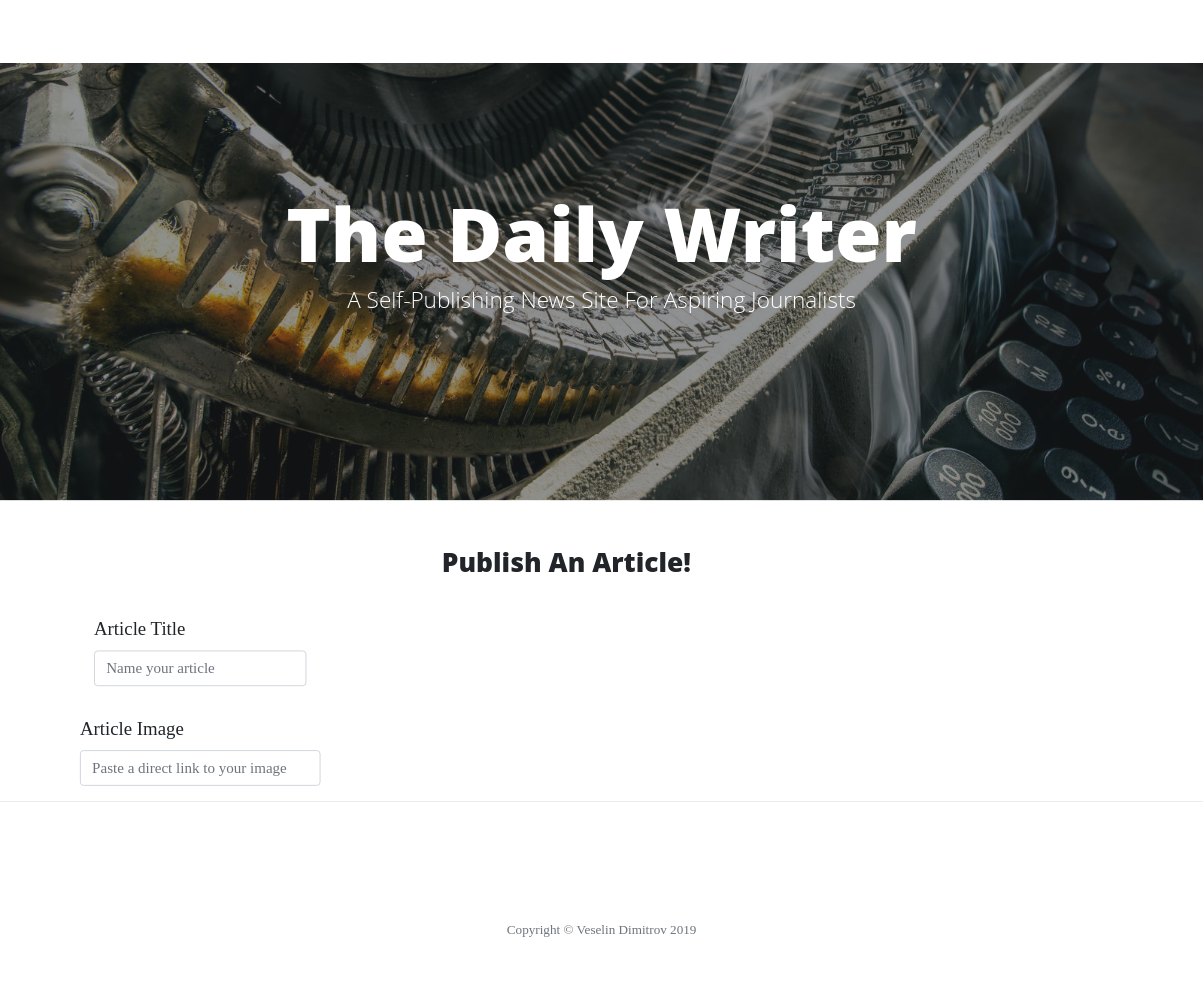
Repository: Vesss/Blog-Project
Page: http://localhost/post
The author's editor kept a record of every edit. The page is drawn from the files as they stood at one moment, then again after the next edit.
The browser window is 1280 px wide. The pictures show the whole page, at 94% of full size.
The page is served by the project's application, run on Flask 3 (app.py). Other server files are loaded and not shown.

Above is the page before.

### templates/post.html
{% extends 'base.html' %} {% block content %}
<div class="container">
    <div class="row justify-content-center">
        <h3 class="col-sm-4">Publish An Article!</h3>
    </div>
</div>

<br />

<div class="container">
    <div class="row">
        <form>
            <div class="col">
                <label for="article">Article Title</label>
                <input type="text" class="form-control" placeholder="Name your article">
            </div>

            <br />

            <div class="col-sm-">
                <label for="image">Article Image</label>
                <input type="text" class="form-control" placeholder="Paste a direct link to your image">
            </div>
        </form>
    </div>
</div>
{% endblock %}

### templates/base.html
<!DOCTYPE html>
<html lang="en">
<head>
    <meta charset="UTF-8">
    <meta name="viewport" content="width=device-width, initial-scale=1.0">
    <meta http-equiv="X-UA-Compatible" content="ie=edge">
    <link rel="stylesheet" href="{{ url_for('static', filename='vendor/bootstrap/css/bootstrap.min.css') }}" type="text/css" />
    <link rel="stylesheet" href="{{ url_for('static', filename='css/clean-blog.min.css') }}" type="text/css" />
    <link rel="stylesheet" href="{{ url_for('static', filename='css/style.css') }}" type="text/css" />
    <title>The Daily Writer</title>
</head>
<body>
    <nav class="navbar navbar-expand-lg navbar-light fixed-top" id="mainNav">
    <div class="container">
      <a class="navbar-brand" href="{{ url_for('index') }}">The Daily Writer</a>
      <button class="navbar-toggler navbar-toggler-right" type="button" data-toggle="collapse" data-target="#navbarResponsive" aria-controls="navbarResponsive" aria-expanded="false" aria-label="Toggle navigation">
        Menu
        <i class="fas fa-bars"></i>
      </button>
      <div class="collapse navbar-collapse" id="navbarResponsive">
        <ul class="navbar-nav ml-auto">
          <li class="nav-item">
            <a class="nav-link" href="{{ url_for('index') }}">Home</a>
          </li>
          <li class="nav-item">
            <a class="nav-link" href="{{ url_for('about') }}">About</a>
          </li>
          <li class="nav-item">
            <a class="nav-link" href="{{ url_for('post') }}">Post</a>
          </li>
          <li class="nav-item">
            <a class="nav-link" href="{{ url_for('contact') }}">Contact Us</a>
          </li>
          <li class="nav-item">
            <a class="nav-link" href="{{ url_for('articles') }}">Articles</a>
          </li>
        </ul>
      </div>
    </div>
  </nav>

  <!-- Page Header -->
  <header class="masthead" style="background-image: url('{{ url_for('static', filename='img/the_engine_of_history.jpg') }}')">
    <div class="overlay"></div>
    <div class="container">
      <div class="row">
        <div class="col-lg-8 col-md-10 mx-auto">
          <div class="site-heading">
            <h1>The Daily Writer</h1>
            <span class="subheading">A Self-Publishing News Site For Aspiring Journalists</span>
          </div>
        </div>
      </div>
    </div>
  </header>

  <!-- Main Content -->
  <div class="container">

    {% block content %}
    {% endblock %}

  </div>

  <hr>

  <!-- Footer -->
  <footer>
    <div class="container">
      <div class="row">
        <div class="col-lg-8 col-md-10 mx-auto">
          <ul class="list-inline text-center">
            <li class="list-inline-item">
              <a href="#">
                <span class="fa-stack fa-lg">
                  <i class="fas fa-circle fa-stack-2x"></i>
                  <i class="fab fa-twitter fa-stack-1x fa-inverse"></i>
                </span>
              </a>
            </li>
            <li class="list-inline-item">
              <a href="#">
                <span class="fa-stack fa-lg">
                  <i class="fas fa-circle fa-stack-2x"></i>
                  <i class="fab fa-facebook-f fa-stack-1x fa-inverse"></i>
                </span>
              </a>
            </li>
            <li class="list-inline-item">
              <a href="#">
                <span class="fa-stack fa-lg">
                  <i class="fas fa-circle fa-stack-2x"></i>
                  <i class="fab fa-github fa-stack-1x fa-inverse"></i>
                </span>
              </a>
            </li>
          </ul>
          <p class="copyright text-muted">Copyright &copy; Veselin Dimitrov 2019</p>
        </div>
      </div>
    </div>
  </footer>

  <!-- Bootstrap core JavaScript -->
  <script src="{{ url_for('static', filename='vendor/jquery/jquery.min.js') }}"></script>
  <script src="{{ url_for('static', filename='vendor/bootstrap/js/bootstrap.bundle.min.js') }}"></script>

  <!-- Custom scripts for this template -->
  <script src="{{ url_for('static', filename='js/clean-blog.min.js') }}"></script>

</body>
</html>

### app.py
import os
from flask import Flask, render_template, redirect, request, url_for
from flask_pymongo import PyMongo
from bson.objectid import ObjectId
from flask_mail import Mail
from flask_mail import Message


app = Flask(__name__)

app.config["MONGO_DBNAME"] = "blog_project"
app.config["MONGO_URI"] = "mongodb+srv://root:maniac93@myfirstcluster-ilypv.mongodb.net/blog_project?retryWrites=true&w=majority"
app.config["DEBUG"] = True
app.config["TESTING"] = False
app.config["MAIL_SERVER"] = "smtp.gmail.com"
app.config["MAIL_PORT"] = 587
app.config["MAIL_USE_TLS"] = True
app.config["MAIL_USE_SSL"] = False
# app.config["MAIL_DEBUG"] = True
app.config["MAIL_USERNAME"] = None
app.config["MAIL_PASSWORD"] = None
app.config["MAIL_DEFAULT_SENDER"] = "blitzermann4@gmail.com"
app.config["MAIL_MAX_EMAILS"] = 5
app.config["MAIL_SUPPRESS_SEND"] = False
app.config["MAIL_ASCII_ATTACHMENTS"] = False

mail = Mail(app)

mongo = PyMongo(app)

@app.route("/")
def index():
    return render_template("index.html")

@app.route("/about")
def about():
    return render_template("about.html", about=mongo.db.about_information.find())

@app.route("/contact")
def contact():
    return render_template("contact.html")

@app.route("/post")
def post():
    return render_template("post.html")

# @app.route("/add_article")
# def add_article():

@app.route("/articles")
def articles():
    return render_template("articles.html")

@app.route("/send", methods=["GET", "POST"])
def send():
    msg = Message("Hi there", recipients=["ves.dimitrov121@gmail.com"])
    mail.send(msg)
    if request.method == "POST":
        return 'Form posted.'
    elif request.method == "GET":
        return render_template('contact.html')


if __name__ == "__main__":
    app.run(host=os.environ.get("IP"),
            port=int(os.environ.get("PORT")),
            debug=True)

### static/css/style.css
.contact-form{
    background:rgba(0,0,0, .3);
    color:white;
    margin-top: 100px;
    padding: 20px;
    box-shadow: 0px 0px 10px 3px grey;
}

hr {
    background: white;
}

Loaded but not shown: static/css/clean-blog.min.css (library); static/js/clean-blog.min.js (common file)

After the next edit:
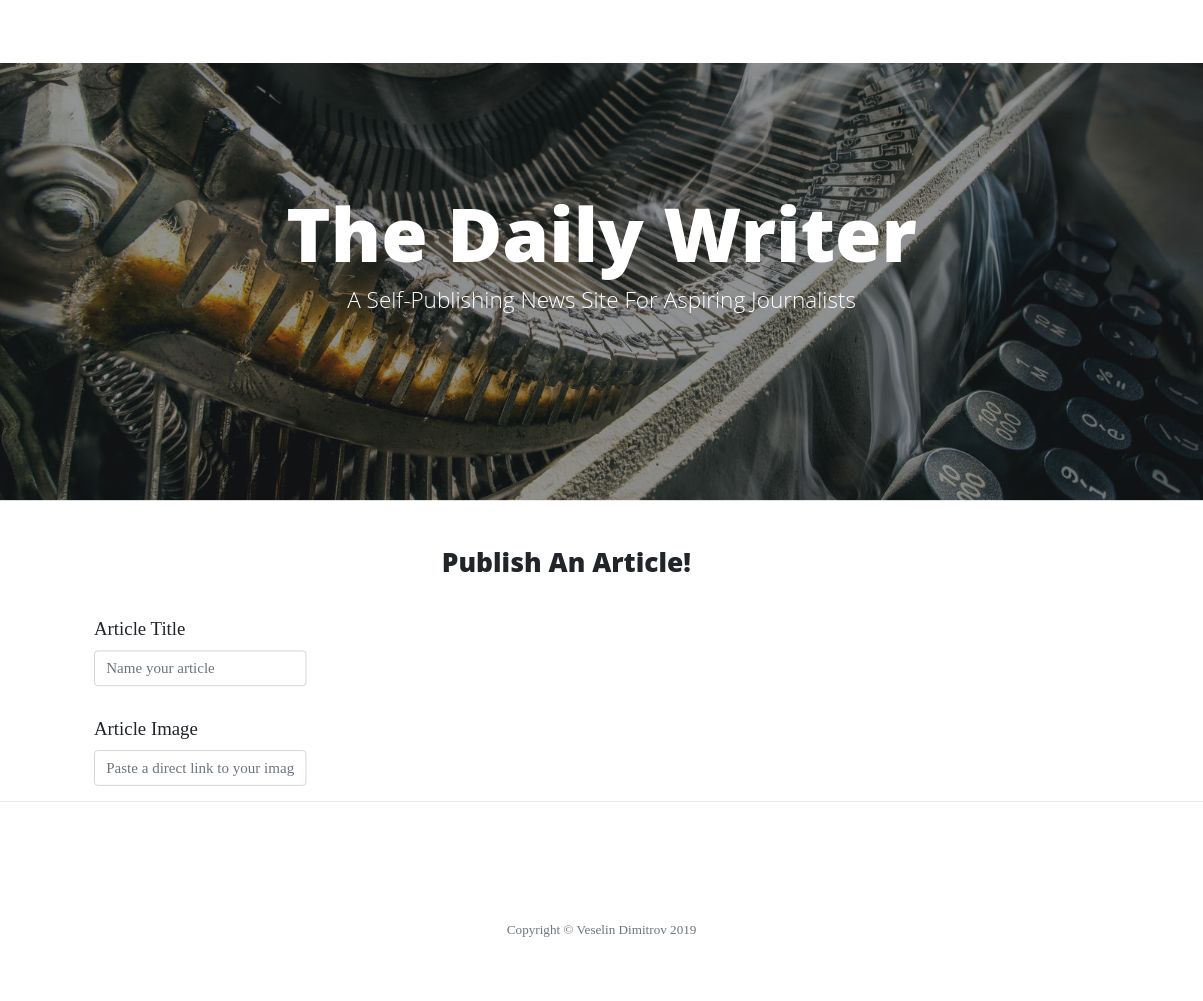
The edit:
--- a/templates/post.html
+++ b/templates/post.html
@@ -17,7 +17,7 @@
 
             <br />
 
-            <div class="col-sm-">
+            <div class="col">
                 <label for="image">Article Image</label>
                 <input type="text" class="form-control" placeholder="Paste a direct link to your image">
             </div>
